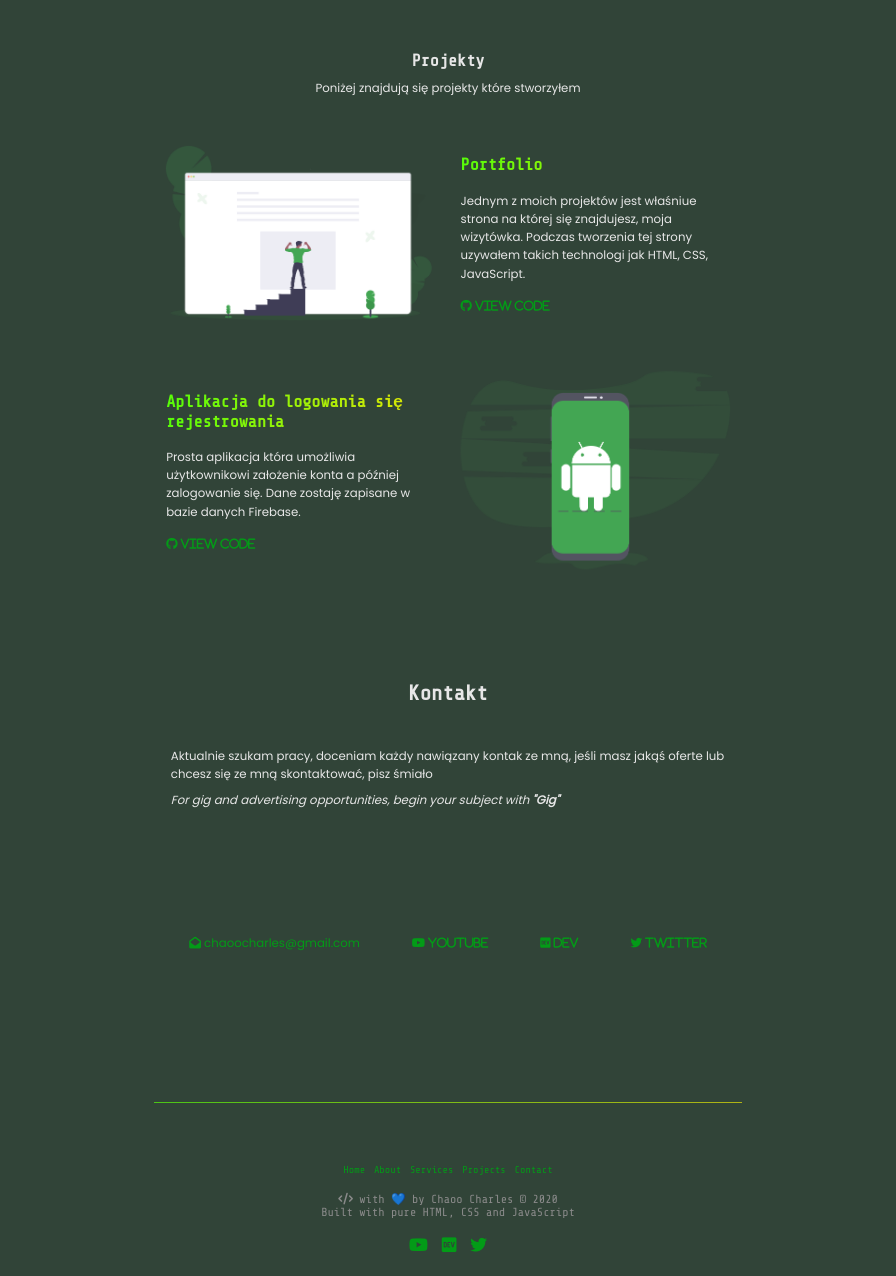
Repository: BartekUroda/portfolio
Page: index.html
An editor plug-in stored every save of this project. The page is shown before and after the next save, followed by the edit.
The browser window is 1280 px wide. The pictures show the part of the page from y = 2128 to 4048 px (the page is 3951 px tall before and 4048 px after), at 70% of full size.
Some web libraries are served in a nearby version.

Above is the page before, as saved 2020-10-27 22:12:42.

### index.html
<!DOCTYPE html>
<html lang="en">
<head>
    <meta charset="UTF-8">
    <meta name="viewport" content="width=device-width, initial-scale=1.0">
    <title>Portfolio | Bartek Uroda</title>
    <link rel="stylesheet" type="text/css" href="css/style.css">
    <link href="https://fonts.googleapis.com/css2?family=Poppins&sfamily=Share+Tech+Mono&display=swap" rel="stylesheet">
    <script src="https://kit.fontawesome.com/056e5c10dc.js" crossorigin="anonymous"></script>
    <link rel="shortcut icon" type="image/x-icon" href="images/favicon.ico" />
</head>
<body>
    <header>
        <div class="container">
            <nav>
                <div class="nav-brand">
                    <a href="index.html">
                        <img src="images/logo.png" alt="Uroda">
                    </a>
                </div>
                <div class="burger-menu-icon">
                    <div class="line1"></div>
                    <div class="line2"></div>
                    <div class="line3"></div>
                </div>
                <ul class="nav-list">
                    <li class="nav-item">
                      <a href="#landing-page">
                        <img
                          src="images/profile.jpeg"
                          alt="Bartek Uroda"
                          class="profile-pic nav-link"
                        >
                        <span class="caption nav-link">Bartek Uroda</span>
                      </a>
                    </li>
                    <li class="nav-item">
                      <a href="#about" class="nav-link">O mnie</a>
                    </li>
                    <li class="nav-item">
                      <a href="#services" class="nav-link">Usługi</a>
                    </li>
                    <li class="nav-item">
                      <a href="#projects" class="nav-link">Projekty</a>
                    </li>
                    <li class="nav-item">
                      <a href="#contact" class="nav-link">Kontakt</a>
                    </li>
                    <li class="nav-item">
                      <a href="https://www.facebook.com/bartlomiej.uroda.3" target="_blank" class="nav-link">
                        <i class="fab fa-facebook"></i>
                      </a>
                      <a href="https://github.com/Urodii" target="_blank" class="nav-link">
                        <i class="fab fa-github"></i>
                      </a>
                      <a href="https://www.youtube.com/channel/UCzT1h5RNvmbtrmKT5hPjyAg?view_as=subscriber" target="_blank" class="nav-link">
                        <i class="fab fa-youtube"></i>
                      </a>
                    </li>
                  </ul>
            </nav>
        </div>
    </header>
    <main>
      <section id="landing-page" class="landing-page">
        <div class="container">
          <div class="main-message">
            <h2>Barłomiej Uroda</h2>
            <h3>Junior Front-End Web Developer</h3>
            <p>Html - CSS - JavaScript - Java</p>
            <div class="intro-btn">
              <div class="cta">
                <a href="#contact" class="btn">Skontaktuj się ze mną!</a>
              </div>
              <div class="cta">
                <a href="#projects" class="btn">Moje Projekty</a>
              </div>
            </div>
            <div>
              <a href="#about" class="scroll-down">
                <i class="fa fa-chevron-down" aria-hidden="true"></i>
              </a>
            </div>
          </div>
        </div>
      </section>
      <section id="about" class="about">
        <div class="container">
          <div class="about-img">
            <img
              src="images/profile.jpeg"
              alt="Bartek Uroda"
              class="about-pic"
            />
          </div>
          <div class="about-text-box">
            <h2>Cześć,</h2>
            <h3>O mnie</h3>
            <p>
              Nazywam się Bartek mam 21 lat, aktulanie studiuje zaocznie informatykę
              na Wyższej Szkole Biznesu w Nowym Sączu, studia te rozpoczołem po roku studiowania
              na Politechnce Krakowskiej na kierunku Fizyki Technicznej, zaliczyłem pierwszy rok na PK
              i wziołem sobie tak zwany Gap Year, studia na Politechnice nie satysfakcjonowały
              mnie więc postanowiłem rozwijać się w kierunku programistycznym. Szybko się uczę a zdobywanie wiedzy sprawia mi przyjemność.
            </p>
            <h3>Umiejętności</h3>
            <p>
              Rozwijam się w takich technologiach jak: HTML, CSS, JavaScript, Java oraz C++,
              tworze reponsywne strony. Znam angielski na
              poziomie C1, uczę się również bezpieczeństwa aplikacji webowych.
              Programowanie to coś z czym chciałbym żeby wiązała się moja przyszłość.
            </p>
            <h3>Zainteresowania</h3>
            <p>
              Sporą część mojego wolnego czasy pochłania sport, lubie jazde na rowerze siłownie oraz klistenike.
              Często spędzam również czas na graniu w gry, głownie jest to Counter-Strike, interesuję się też ITSecurity
              i w wolnym czasie staram się rozwijać w tym kierunku. Lubie podróże a poznawanie nowych
              wartościowych ludzi daje mi sporą motywacje w życiu.
            </p>
          </div>
        </div>
        <hr/>
      </section>
      <section id="services" class="services">
        <div class="container">
          <div class="title-heading">
            <h2>Oferta</h2>
            <p>
              Stworzę dokładnie taką stronę lub aplikacje mobilną jak klient sobie zażyczy.
            </p>
          </div>
          <div class="service-tiers">
            <div class="tier-item">
              <i class="fa fa-code" aria-hidden="true"></i>
              <h2>Web Development</h2>
              <p>
                Modyfikacja istniejących stron internetowych,
                wizytówki internetowe,
                responsywne strony internetowe typu "One Page" oraz "Multi Page",
                blogi internetowe, proste aplikacje webowe
              </p>
            </div>
            <div class="tier-item">
              <i class="fa fa-file-code-o" aria-hidden="true"></i>
              <h2>Responsywne strony</h2>
              <p>
                Strony które tworze są rezponsywne i wyglądają dobrze na każdym urządzeniu,
                niezależlnie jest to komputer, tablet lub telefon.
              </p>
            </div>
            <div class="tier-item">
              <i class="fa fa-mobile" aria-hidden="true"></i>
              <h2>Tworzenie aplikacji na androida</h2>
              <p>
                Potrafię również tworzyć proste aplikacje za pomoca języka Java,
                aplikajce te działają na urządzeniach mobilnych z androidem.
              </p>
            </div>
          </div>
        </div>
        <hr />
      </section>
      <section id="projects" class="projects">
        <div class="title-heading">
          <h2>Projekty</h2>
          <p>Poniżej znajdują się projekty które stworzyłem</p>
        </div>
        <div class="project-item">
          <div class="project-img has-margin-right">
            <img src="images/portfolio.png" />
          </div>
          <div class="project-description">
            <h2>Portfolio</h2>
            <p>
              Jednym z moich projektów jest właśniue strona na której się znajdujesz, moja wizytówka.
              Podczas tworzenia tej strony uzywałem takich technologi jak HTML, CSS, JavaScript.
            </p>
            <a href="https://github.com/Urodii/portfolio" class="project-link" target="_blank"
              ><i class="fa fa-github" aria-hidden="true"> View Code</i></a
            >
          </div>
        </div>
        <div class="project-item">
          <div class="project-description has-margin-right">
            <h2>Aplikacja do logowania się rejestrowania</h2>
            <p>
              Prosta aplikacja która umożliwia użytkownikowi założenie konta a później
              zalogowanie się. Dane zostaję zapisane w bazie danych Firebase.
            </p>
            <a href="https://github.com/Urodii/Login_Register_apk" class="project-link" target="_blank"
              ><i class="fa fa-github" aria-hidden="true"> View Code</i></a
            >
          </div>
          <div class="project-img">
            <img src="images/android.png" />
          </div>
        <!-- </div>
        <div class="project-item">
          <div class="project-img has-margin-right">
            <img src="" />
          </div>
          <div class="project-description">
            <h2>kalkulator</h2>
            <p>
              Prosty kalkulator
            </p>
            <a href="#" class="project-link" target="_blank"
              ><i class="fa fa-github" aria-hidden="true"> View Code</i></a
            >
          </div>
        </div> -->
        <hr>
      </section>
      <section id="contact" class="contact">
        <h2>Kontakt</h2>
        <p>
          Aktualnie szukam pracy, doceniam każdy nawiązany kontak ze mną, jeśli masz
          jakąś oferte lub chcesz się ze mną skontaktować, pisz śmiało
        </p>
        <p>
          <i
            >For gig and advertising opportunities, begin your subject with
            <strong>"Gig"</strong></i
          >
        </p>
        <div class="container">
          <p>
            <a href="mailto:chaoocharles@gmail.com"
              ><i class="fas fa-envelope-open"></i> chaoocharles@gmail.com</a
            >
          </p>
          <p>
            <a href="#" target="_blank"
              ><i class="fab fa-youtube"> YouTube</i></a
            >
          </p>
          <p>
            <a href="#" target="_blank"><i class="fab fa-dev"> Dev</i></a>
          </p>
          <p>
            <a href="#" target="_blank"
              ><i class="fab fa-twitter"> Twitter</i></a
            >
          </p>
        </div>
        <hr />
      </section>
      <footer>
        <div class="footer-nav">
          <a href="#landing-page" class="footer-nav-link">Home</a>
          <a href="#about" class="footer-nav-link">About</a>
          <a href="#services" class="footer-nav-link">Services</a>
          <a href="projects" class="footer-nav-link">Projects</a>
          <a href="#contact" class="footer-nav-link">Contact</a>
        </div>
        <div class="footer-coded-by">
          <p>
            <i class="fas fa-code"></i> with 💙 by Chaoo Charles &copy; 2020
          </p>
          <p>Built with pure HTML, CSS and JavaScript</p>
        </div>
        <div class="footer-social">
          <a href="#" target="_blank"><i class="fab fa-youtube"></i></a>
          <a href="#" target="_blank"><i class="fab fa-dev"></i></a>
          <a href="#" target="_blank"><i class="fab fa-twitter"></i></a>
        </div>
      </footer>
    </main>
 <script type="text/javascript" src="js/main.js"></script>
</body>
</html>

Loaded but not shown: js/main.js (33 lines, source omitted); css/style.css (530 lines, source omitted)

After the next save:
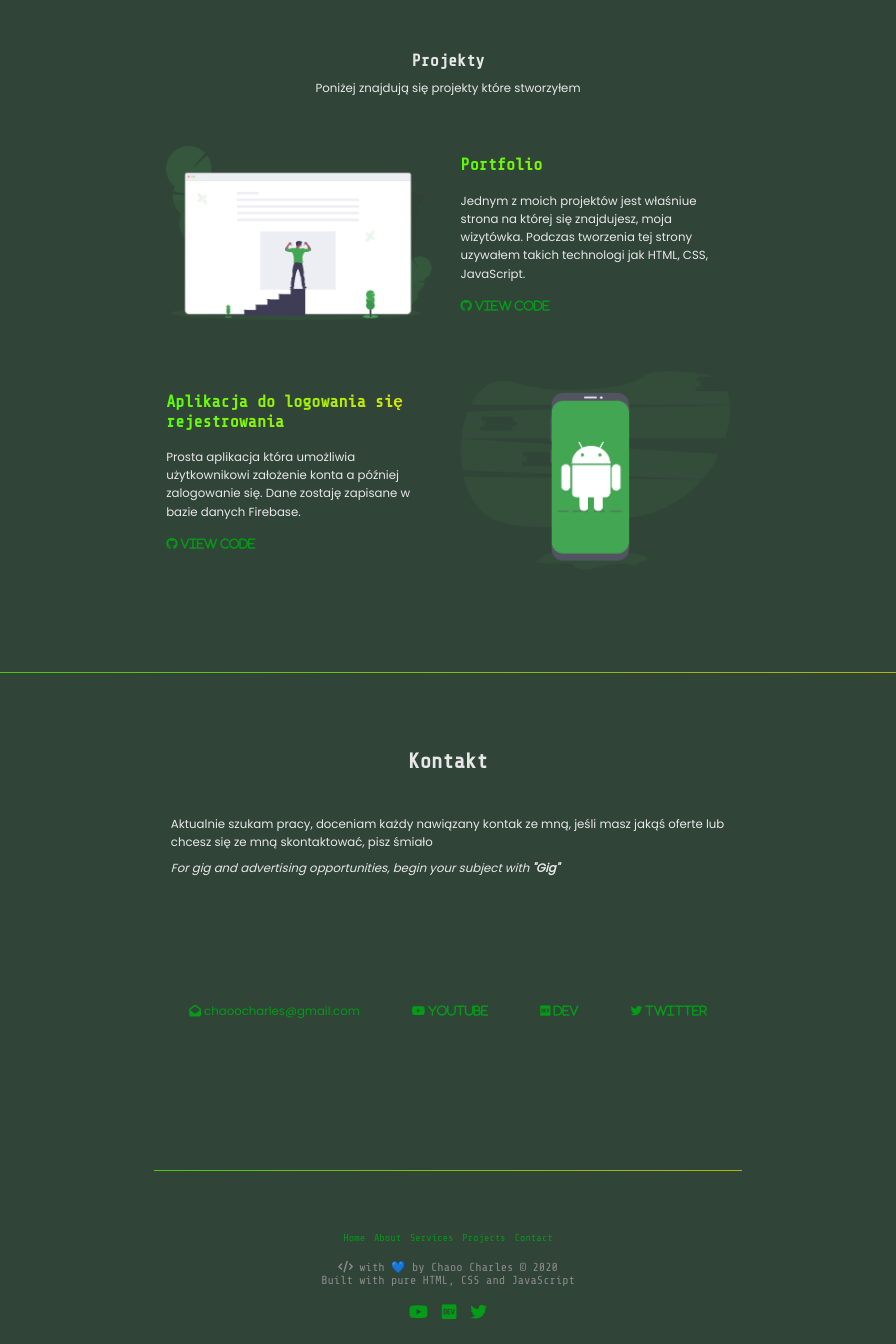
Saved 51 s later.
--- a/index.html
+++ b/index.html
@@ -209,8 +209,9 @@
             >
           </div>
         </div> -->
-        <hr>
-      </section>
+        <hr/>
+      </section>
+      <hr>
       <section id="contact" class="contact">
         <h2>Kontakt</h2>
         <p>

After the 2 saves that followed:
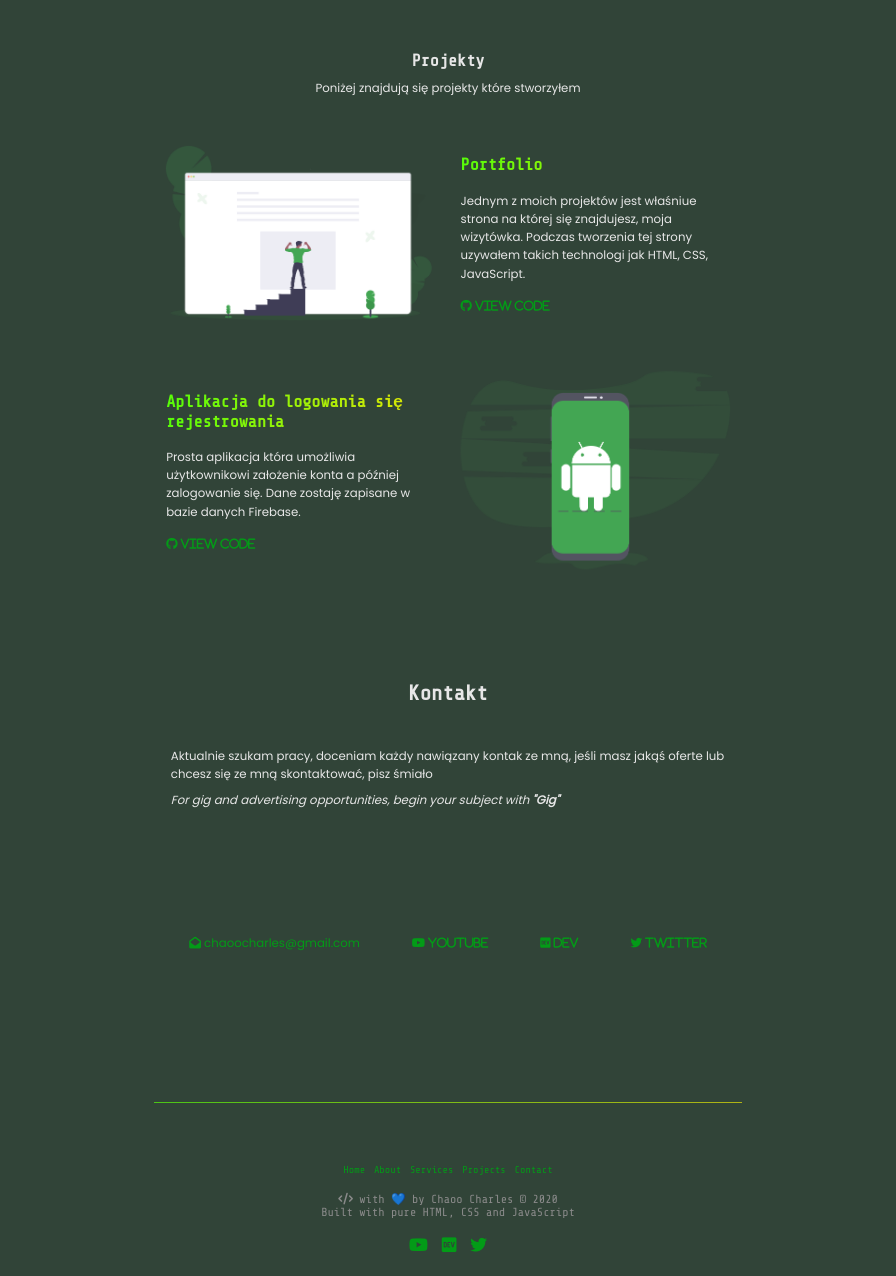
The 2 saves are shown as one change because 1 left the picture as it was.
The last was saved 16 s later.
--- a/index.html
+++ b/index.html
@@ -209,9 +209,8 @@
             >
           </div>
         </div> -->
-        <hr/>
-      </section>
-      <hr>
+        <hr>
+      </section>
       <section id="contact" class="contact">
         <h2>Kontakt</h2>
         <p>
